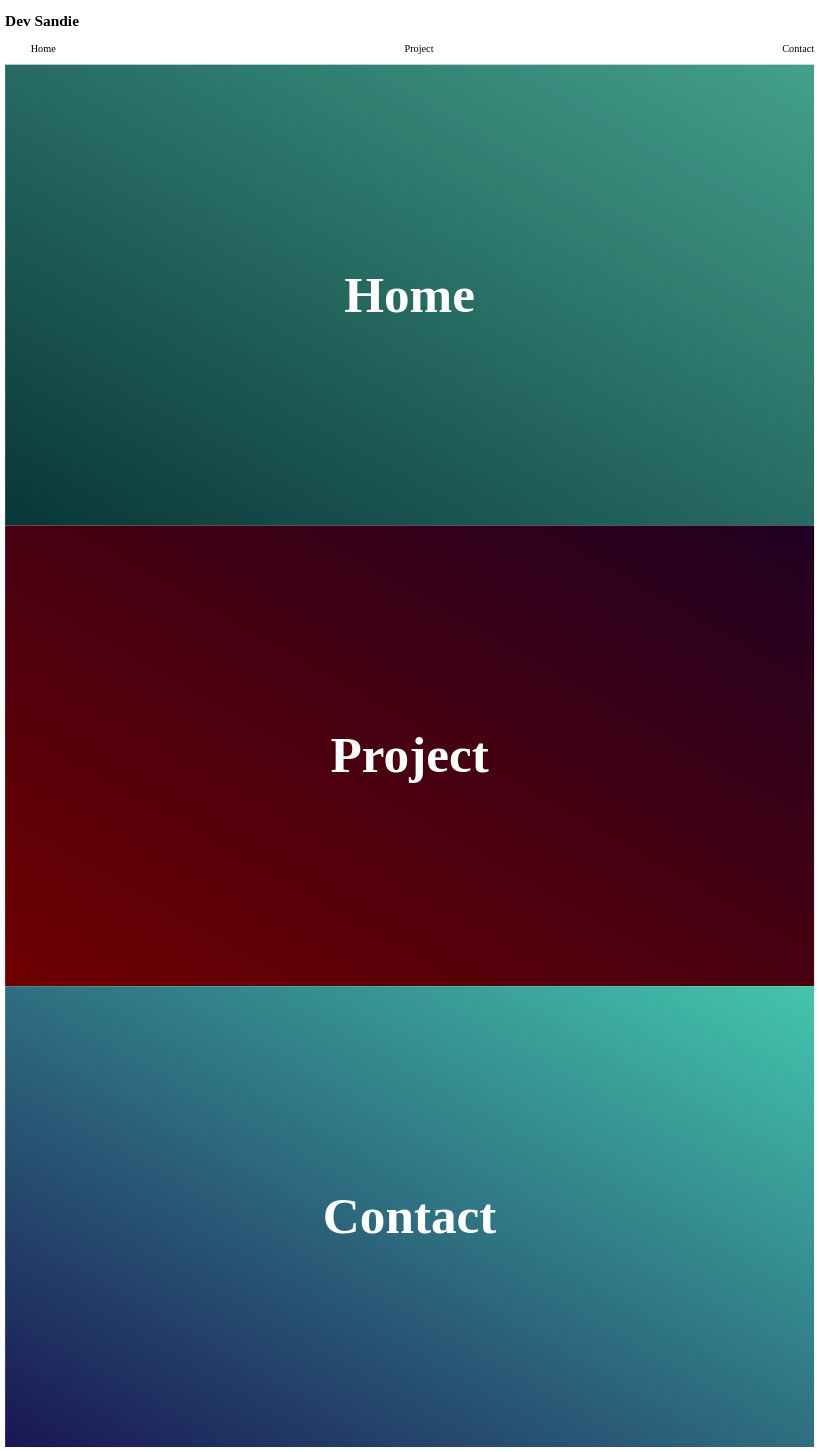
Repository: iphyokafor/fluid-navbar
Page: index.html
The author's editor kept a copy of each file at every save. The page is drawn from the files as they stood at one save, then again after the next save.
The browser window is 1280 px wide. The pictures show the whole page, at 64% of full size.

Above is the page before, as saved 2020-01-07 02:45:09.
Console error: TypeError: Cannot read properties of null (reading 'style')

After the next save:
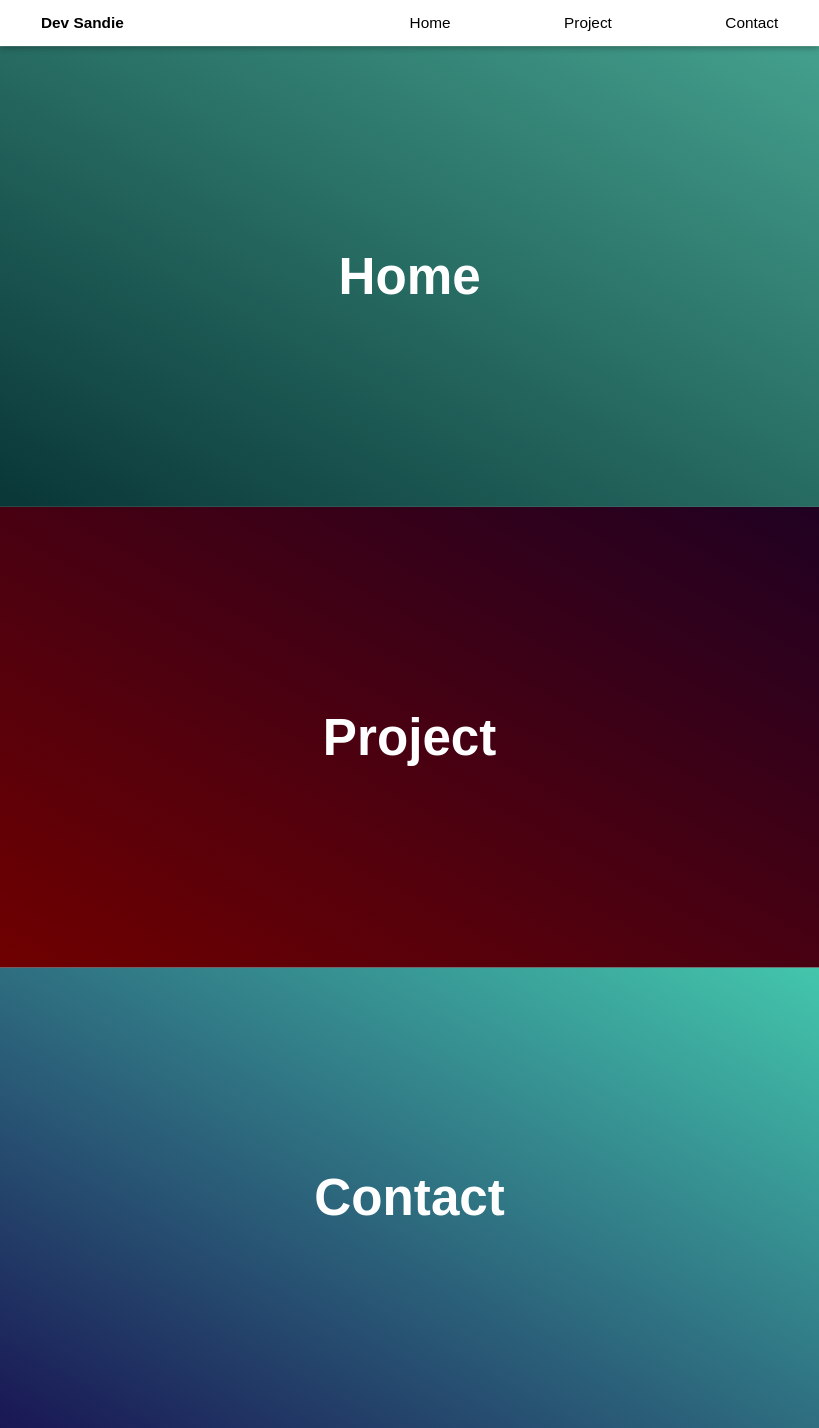
Saved 55 s later.
--- a/style.css
+++ b/style.css
@@ -1,62 +1,70 @@
-const sections=document.querySelectorAll('section');
-const bubble=document.querySelector('bubble');
-const gradients=[ "linear-gradient(to right top, #093637, #44A08D)",
-"linear-gradient(to right top, #6f0000, #200122)",
-"linear-gradient(to right top, #191654, #43C6AC)"];
-const options= {
-    threshold: 0.7
+* {
+    margin: 0;
+    padding: 0;
+    box-sizing: border-box;
 }
 
-;
-let observer=new IntersectionObserver(navCheck, options);
-function navCheck(entries) {
-    entries.forEach(entry=> {
-        // console.log(entry);
-    }
-    )
+body {
+    font-family: sans-serif;
 }
 
-sections.forEach(section=> {
-    observer.observe(section);
+header {
+    box-shadow: 0px 3px 10px rgba(0, 0, 0, 0.3);
+    position: sticky;
+    top: 0px;
+    background: white;
 }
 
-);
-justify-content: space-between;
+nav {
+    min-height: 10vh;
+    margin: auto;
+    width: 90%;
+    display: flex;
+    align-items: center;
+    justify-content: space-between;
+}
 
-}
 nav h1,
 nav ul {
     font-size: 1.5rem;
     flex: 1;
 }
+
 nav ul {
     list-style: none;
     display: flex;
     justify-content: space-between;
 }
+
 nav a {
     color: black;
     text-decoration: none;
 }
+
 section {
     min-height: 100vh;
     display: flex;
     justify-content: center;
     align-items: center;
 }
+
 section h2 {
     font-size: 5rem;
     color: white;
 }
+
 .home {
     background: linear-gradient(to right top, #093637, #44A08D);
 }
+
 .project {
     background: linear-gradient(to right top, #6f0000, #200122);
 }
+
 .contact {
     background: linear-gradient(to right top, #191654, #43C6AC);
 }
+
 .bubble {
     position: absolute;
     z-index: -2;
